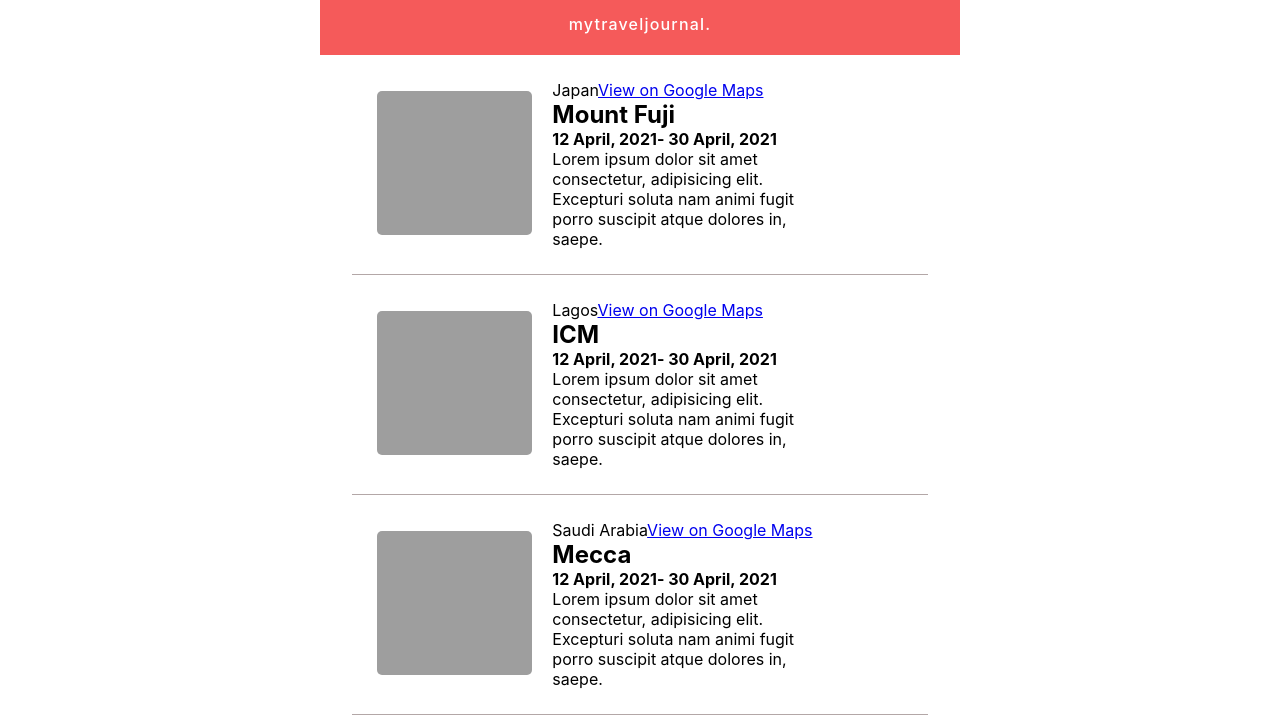
Repository: BuduCE/travel-journal
Page: /
These files come from the project's save history. The page is drawn as it stood at one moment and after the next save; the edit follows.
The browser window is 1280 px wide. The pictures show the whole page.
Pictures or frames that could not be fetched are drawn as grey boxes. The project was rebuilt for these pictures with package versions that can differ from the ones it lists, and the page was loaded fresh each time.

Above is the page before, as saved 2022-08-25 13:54:29.

After the next save:
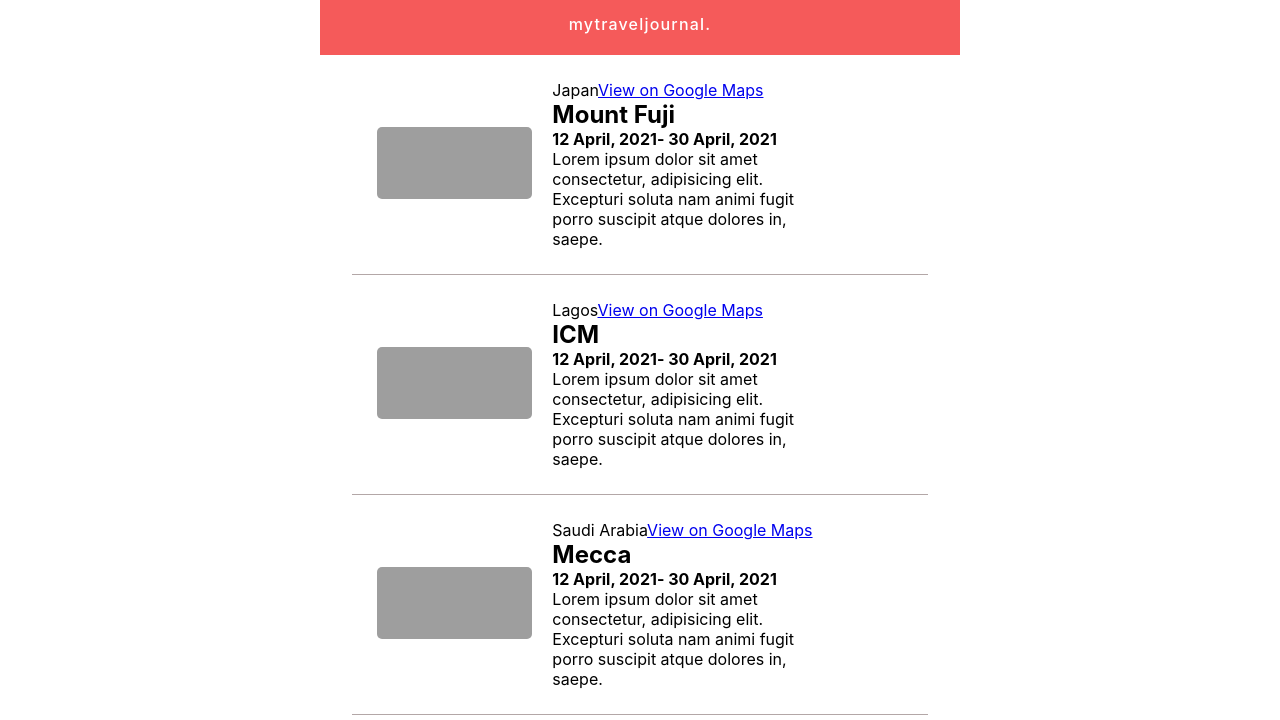
Saved 11 s later.
--- a/src/components/Tour/styles.css
+++ b/src/components/Tour/styles.css
@@ -43,6 +43,6 @@
         padding:25px;
     }
     .tour-img > img{
-        height: 20vh;
+        height: 10vh;
     }
 }
